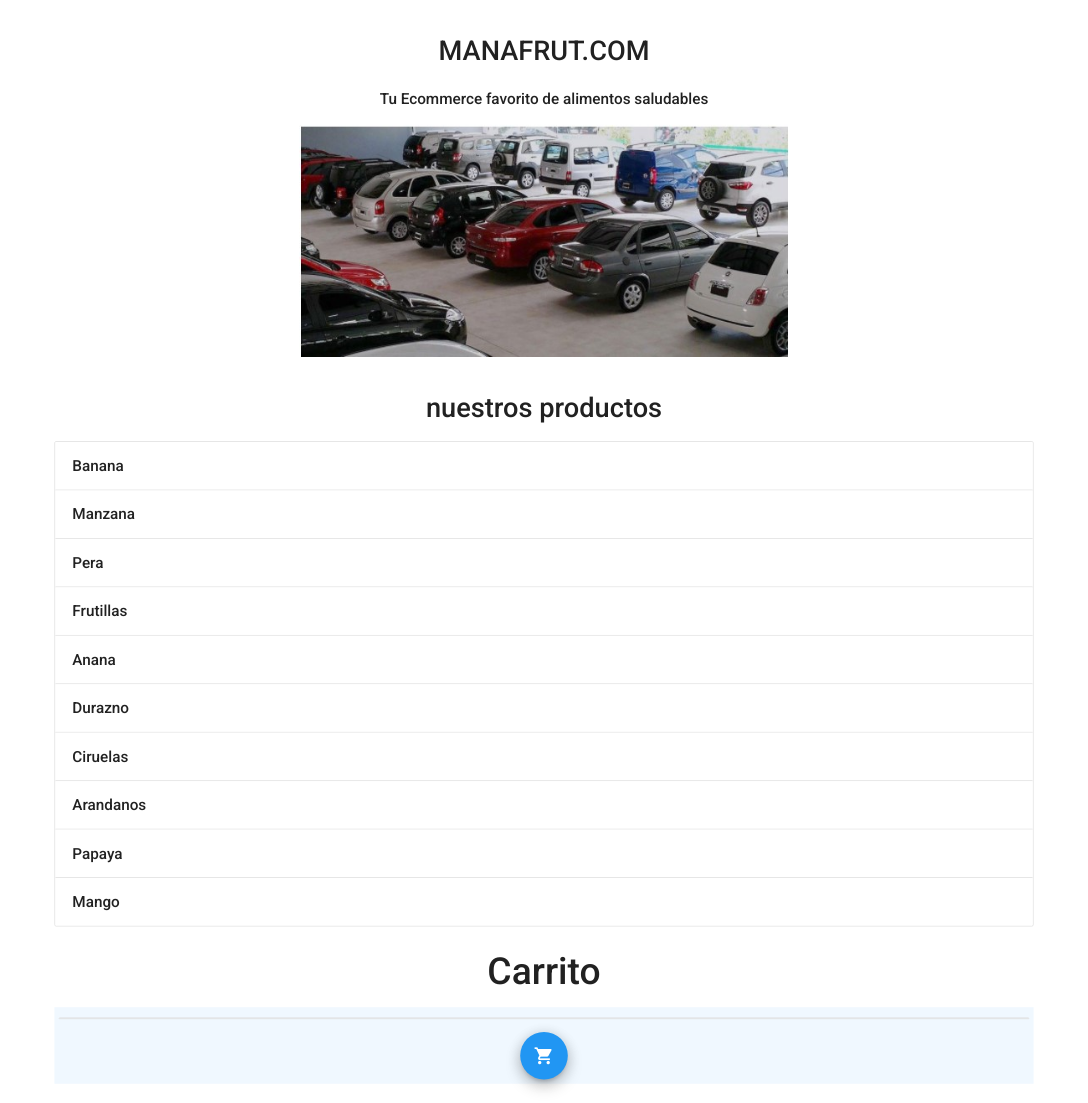
Repository: gadiazsaavedra/SimuladorInteractiv-14-03
Page: index.html
These files come from the project's save history. The page is drawn as it stood at one moment and after the next save; the edit follows.
The browser window is 1280 px wide. The pictures show the whole page, at 85% of full size.

Above is the page before, as saved 2022-03-14 22:39:57.

After the next save:
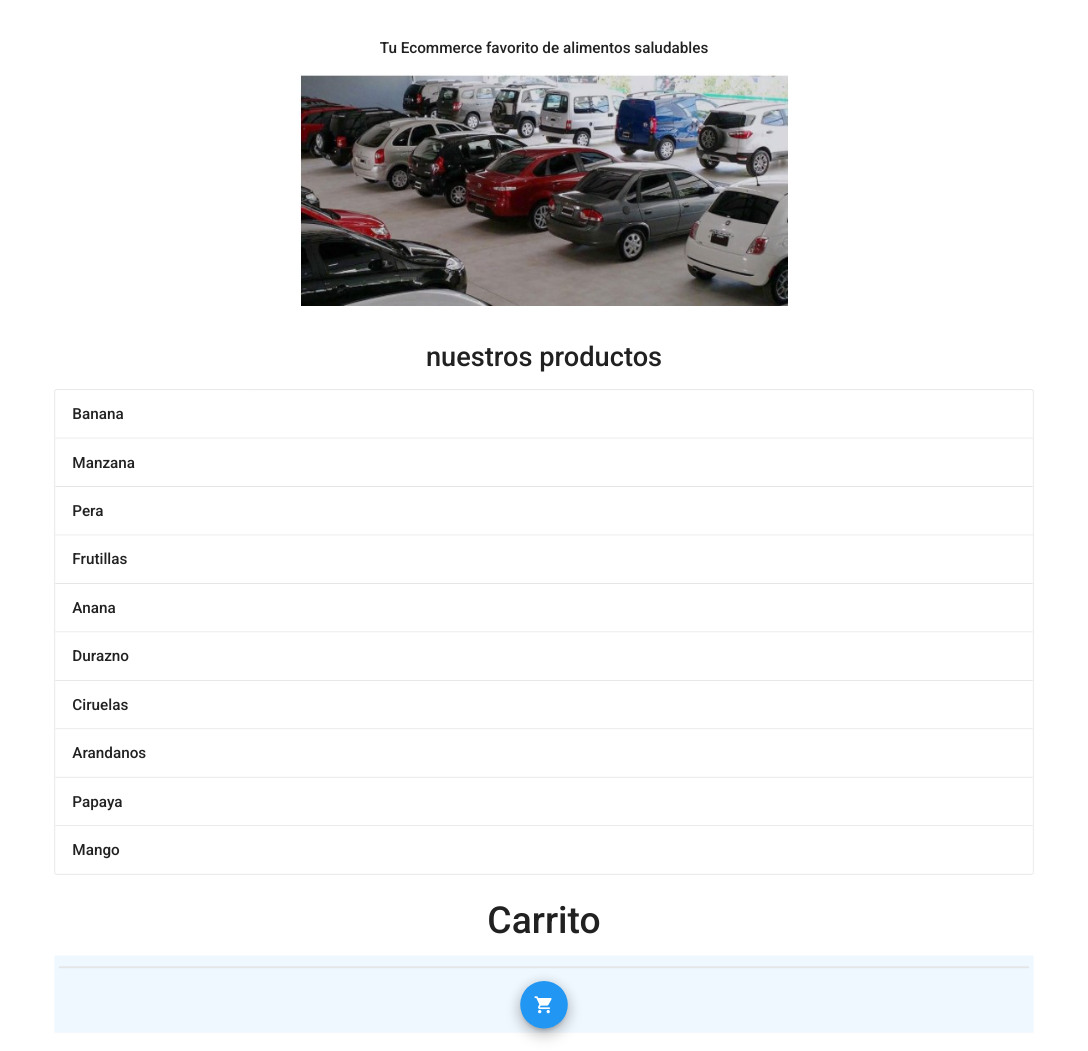
Saved 2 min 13 s later.
--- a/js/main.js
+++ b/js/main.js
@@ -1,4 +1,4 @@
-titulo.innerText = "MANAFRUT.COM"
+titulo.innerText = ""
 slogan.innerText = "Tu Ecommerce favorito de alimentos saludables"
 // titulo.innerText = "HARDWAREVINTAGE.COM"
 // slogan.innerText = "Tu Ecommerce favorito de repuestos informáticos out-of-stock"

After the save that followed:
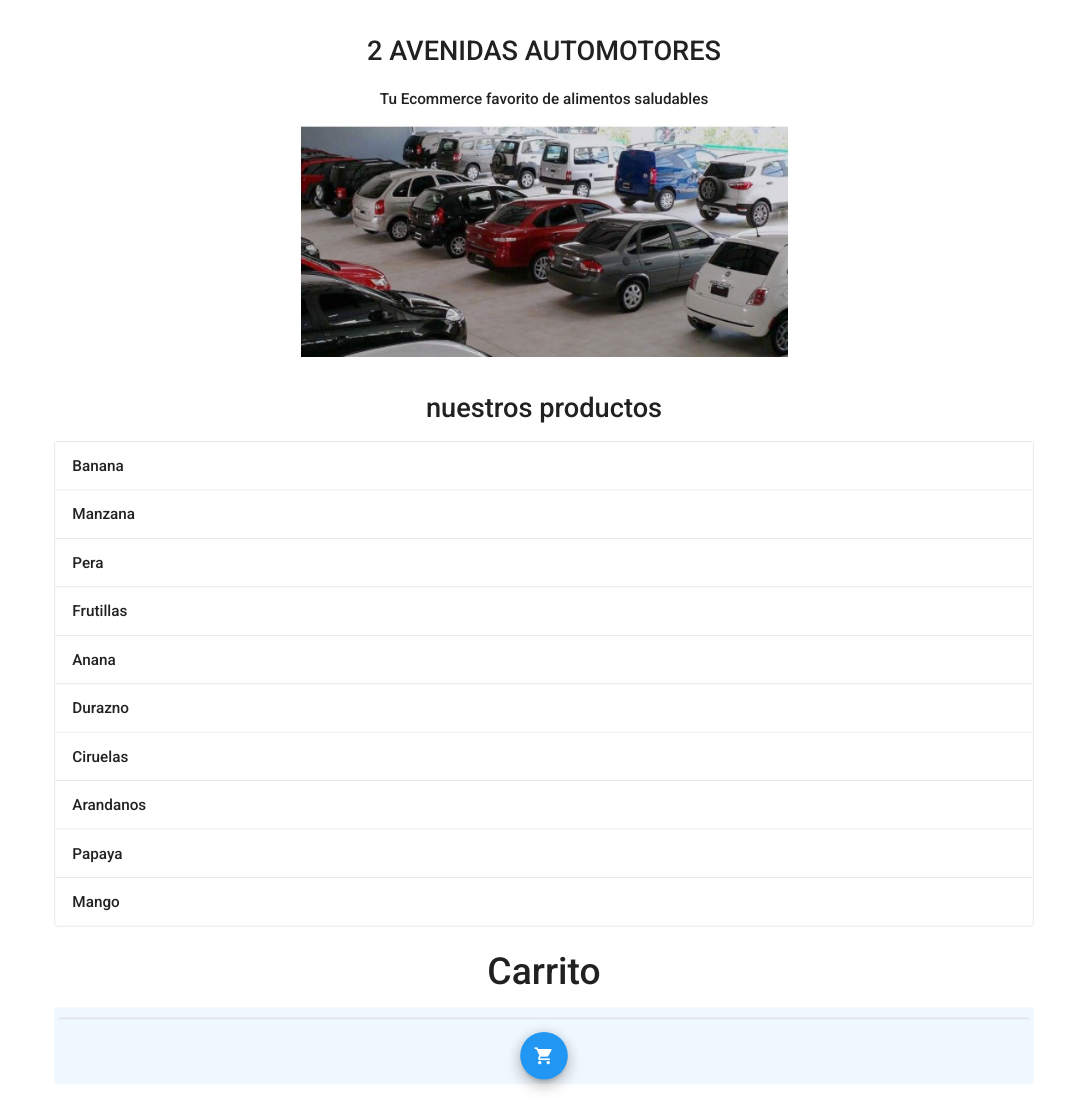
Saved 22 s later.
--- a/js/main.js
+++ b/js/main.js
@@ -1,4 +1,4 @@
-titulo.innerText = ""
+titulo.innerText = "2 AVENIDAS AUTOMOTORES"
 slogan.innerText = "Tu Ecommerce favorito de alimentos saludables"
 // titulo.innerText = "HARDWAREVINTAGE.COM"
 // slogan.innerText = "Tu Ecommerce favorito de repuestos informáticos out-of-stock"
